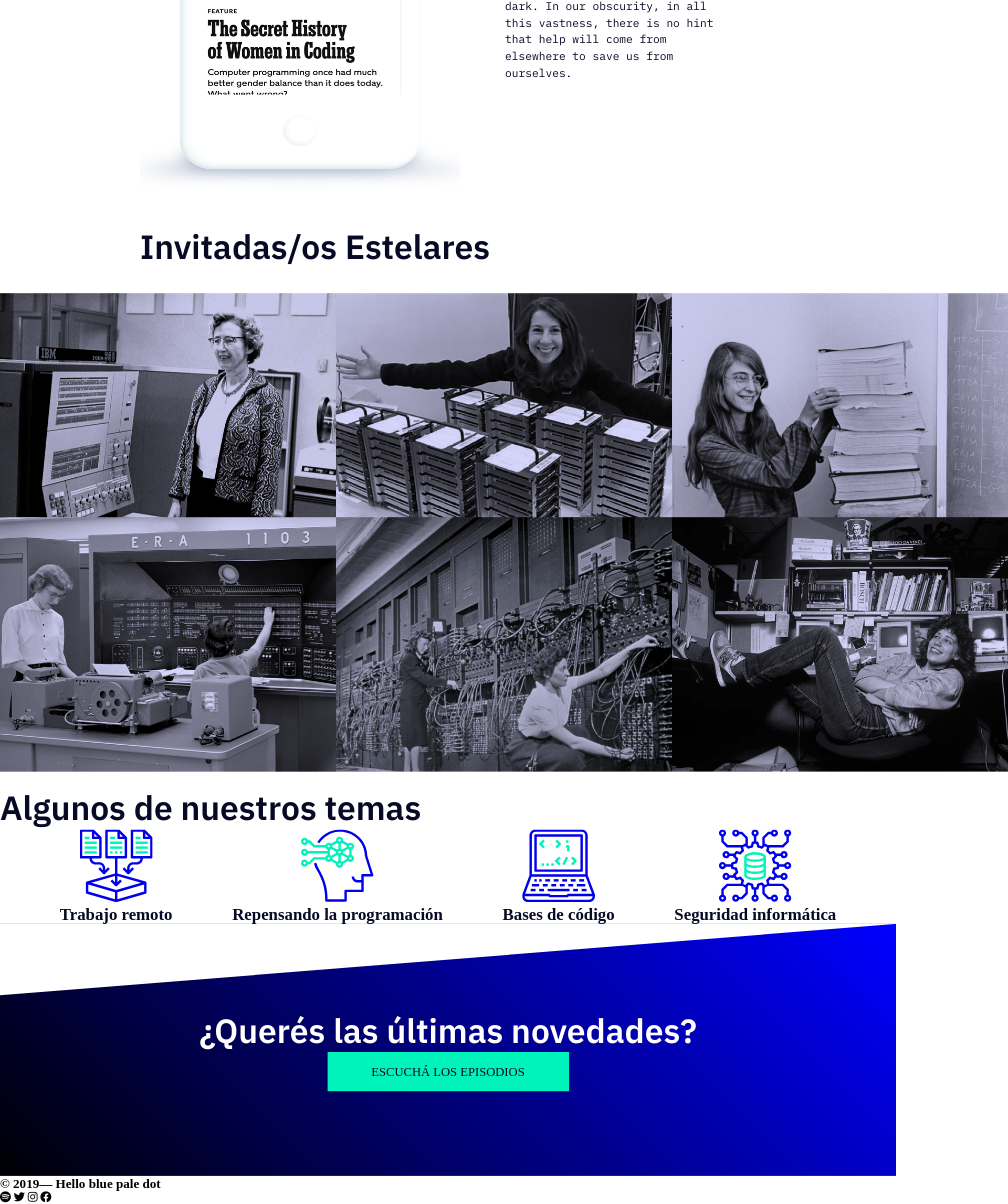
Repository: FedeGA93/podcast
Page: index.html
These files come from the project's save history. The page is drawn as it stood at one moment and after the next save; the edit follows.
The browser window is 1280 px wide. The page is 1440 px wide, so the pictures cover 1440 px, including what lies to the right of the window. The pictures show the part of the page from y = 1527 to 3247 px (the page is 3247 px tall before and 3229 px after), at 70% of full size.
Pictures or frames that could not be fetched are drawn as grey boxes. Some web libraries are served in a nearby version.

Above is the page before, as saved 2019-11-25 21:49:31.

### index.html
<!DOCTYPE html>
<html lang="es">

<head>
    <meta charset="UTF-8">
    <meta name="viewport" content="width=device-width, initial-scale=1.0">
    <meta http-equiv="X-UA-Compatible" content="ie=edge">
    <title>BlueDot</title>
    <link rel="stylesheet" href="styles/styles.css">
    <link href="https://fonts.googleapis.com/css?family=IBM+Plex+Mono|IBM+Plex+Sans:400,400i,500,600&display=swap"
        rel="stylesheet">
    <link rel="stylesheet" href="https://cdnjs.cloudflare.com/ajax/libs/font-awesome/5.11.2/css/all.css">
    <link rel="shortcut icon" type="image/x-icon" href="images/favicon.ico" />
</head>

<body>
    <header>
        <div class="menu">
            <div>
                <img src="images/logo.svg" alt="Logo del podcast" class="responsive-logo">
            </div>
            <div>
                <nav>
                    <input type="checkbox" />
                    <span class="barras-negras-hamburger"></span>
                    <span class="barras-negras-hamburger"></span>
                    <span class="barras-negras-hamburger"></span>
                    <ul class="menu-child">
                        <li><a class="color-letras" href="#epi">EPISODIOS</a></li>
                        <li><a class="color-letras" href="#nos">NOSOTROS</a></li>
                        <li><a class="color-letras" href="#ent">ENTREVISTAS</a></li>
                        <li><a class="color-letras" href="#topi">TOPICOS</a></li>
                    </ul>
                </nav>
            </div>
        </div>
    </header>
    <main class="first-box">
        <div class="main-child">
            <h1>Hello <s>world</s> pale blue dot<strong class="strong-dot">.</strong></h1>
        </div>
        <div class="main-child">
            <p class="parrafos-general">El portal de podcasts que explora el mundo de la programación y <br> la
                tecnología.
                Nuevos episodios, todos los jueves cada 15 días.</p>
        </div>
        <div class="main-child">
            <article>
                <p><a class="btn cnmas" href="#nos">CONOCÉ MÁS</a></p>
            </article>
        </div>
    </main>
    <section>
        <article class="fondo-azul-gradiente sec">
            <div class="corteuno"></div>
            <div class="cortedos"></div>
            <div>
                <p class="color-blanco pad" id="epi">Episodios</p>
            </div>
            <div class="flex-spotify">
                <iframe src="https://open.spotify.com/embed-podcast/show/2ySVrxGkN6n6frMTo9Nsrt"
                    allowtransparency="true" frameborder="0" allow="encrypted-media"></iframe>
                <iframe src="https://open.spotify.com/embed-podcast/show/4kYCRYJ3yK5DQbP5tbfZby"
                    allowtransparency="true" frameborder="0" allow="encrypted-media"></iframe>
                <iframe src="https://open.spotify.com/embed-podcast/episode/2VHYWRX1mHcZQS89y3z2Xv" frameborder="0"
                    allowtransparency="true" allow="encrypted-media"></iframe>
                <iframe src="https://open.spotify.com/embed-podcast/show/2Iibd5A6R7mxkCm4NwNmUn"
                    allowtransparency="true" frameborder="0" allow="encrypted-media"></iframe>
            </div>
            </article>
    </section>
    <section>

        <div class="informacion">
            <article>
                <img src="images/phone.png" alt="El podcast en un telefono" class="phone">
            </article>
            <article>
                <h2 class="color-negro" id="nos">De dónde venimos</h2>

                <p class="parrafos-general limit-text">Our posturings, our imagined self-importance, the delusion that
                    we
                    have some
                    privileged position in the Universe, are challenged by this point of pale light. </p> <br>

                <p class="parrafos-general limit-text">
                    Our planet is a lonely speck in the great enveloping cosmic dark. In our obscurity, in all this
                    vastness, there is no hint that help will come from elsewhere to save us from ourselves.</p>

            </article>
        </div>

    </section>
    <section>
        <h2 class="color-negro paddie" id="ent">
            Invitadas/os Estelares
        </h2>

        <div class="photo-box">
            <img src="images/grace-hopper.png" alt="Foto de Grace Hopper" class="photos">
            <img src="images/Katie-Bouman.png" alt="Foto de Katie Bouman" class="photos">
            <img src="images/Margaret_Hamilton.png" alt="Margaret Hamilton" class="photos">
            <img src="images/computadora1950.png" alt="Una computadora del año 1950" class="photos">
            <img src="images/computadoraprogramable.png" alt="La primera computadora programable del mundo"
                class="photos">
            <img src="images/susan-kare.png" alt="Foto de Susan Kare" class="photos">

        </div>
    </section>
    <section class="top">
        <h2 class="color-negro center-text" id="topi">Algunos de nuestros temas</h2>
        <div>
            <section class="alineado">
                <article>
                    <img src="images/icon1.svg" alt="Una computadora que demuestra el trabajo remoto"
                        class="theme-size">
                    <p class="temas">Trabajo remoto</p>
                </article>
                <article>
                    <img src="images/icon2.svg" alt="Una cabeza pensando" class="theme-size">
                    <p class="temas">Repensando la programación</p>
                </article>

                <article>
                    <img src="images/icon3.svg" alt=" Un libro de código" class="theme-size">
                    <p class="temas">Bases de código</p>
                </article>

                <article>
                    <img src="images/icon4.svg" alt="Logo de seguridad" class="theme-size">
                    <p class="temas">Seguridad informática</p>
                </article>
            </section>
        </div>
    </section>
    <section>
        <div class="fondo-azul-gradiente secfoot">
            <div class="corteuno"></div>
            <article>
                <h2 class="color-blanco center-text">
                    ¿Querés las últimas novedades?
                </h2>
            </article>

            <article>
                <p> <a class="btn ele" href="#epi">ESCUCHÁ LOS EPISODIOS</a> </p>
            </article>

        </div>
    </section>

    <footer>
        <div>
            <h3 class="informacion">© 2019— Hello blue pale dot </h3>

            <i class="fab fa-spotify"></i>
            <i class="fab fa-twitter"></i>
            <i class="fab fa-instagram"></i>
            <i class="fab fa-facebook"></i>

        </div>
    </footer>
</body>

</html>

### styles/styles.css
* {
  margin: 0;
  padding: 0;
  border: 0;
  box-sizing: content-box;
}

.menu {
  display: flex;
  flex-flow: row;
  justify-content: space-between;
  padding: 22px 244px 120px 100px;
  position: static;
  top: 0;
  overflow: hidden;
}
.menu-child {
  display: flex;
  flex-flow: row wrap;
  text-decoration: none;
  list-style-type: none;
  justify-content: flex-end;
  text-indent: 20px;
}

.first-box {
  display: flex;
  flex-flow: column;
  padding: 0 13%;
}
.main-child {
  justify-content: center;
}
.color-letras:active {
  color: RGBA(6, 10, 36, 0.53);
}
.color-letras:hover {
  color: #00f3bb;
  text-decoration: line-through;
}
.color-letras {
  font-family: "IBM Plex Mono", monospace;
  font-size: 16px;
  color: #060a24;
  letter-spacing: 0;
  line-height: 28px;
  text-decoration: none;
}

h1 {
  font-family: "IBM Plex Sans", sans-serif;
  font-size: 64px;
  color: #060a24;
  letter-spacing: 0;
}
.strong-dot {
  font-family: "IBM Plex Sans", sans-serif;
  font-size: 64px;
  color: #0000ec;
  letter-spacing: 0;
}
.parrafos-general {
  font-family: "IBM Plex Mono", monospace;
  font-size: 16px;
  color: #060a24;
  letter-spacing: 0;
  line-height: 24px;
}

input {
  display: none;
}

.sec {
  position: relative;
  width: 100%;
  height: 124vh;
  overflow: hidden;
}
.secfoot {
  display: flex;
  justify-content: center;
  align-items: center;
  flex-direction: column;
  position: relative;
  width: 100%;
  height: 50vh;
  overflow: hidden;
}
.fondo-azul-gradiente {
  background-image: linear-gradient(225deg, #0000ff 0%, #000003 100%);
}

/* Cortes del fondo */

.corteuno {
  position: absolute;
  top: 0;
  left: 0;
  border-width: 0 0 8vw 100vw;
  border-style: solid;
  border-color: transparent #fff transparent;
}
.cortedos {
  position: absolute;
  bottom: 0;
  left: 0;
  border-width: 0 0 10vw 100vw;
  border-style: solid;
  border-color: transparent transparent #fff;
}

.color-blanco {
  font-family: 'IBM Plex Sans', sans-serif;
  font-size: 48px;
  color: #ffffff;
  letter-spacing: 0;
}.color-negro {
  font-family: "IBM Plex Sans", sans-serif;
  font-size: 48px;
  color: #060a24;
  letter-spacing: 0;
}
.informacion {
  display: flex;
  justify-content: flex-start;
  flex-direction: row;


}

.btn {
  display: flex;
  align-items: center;
  justify-content: center;
  background-color: #00f3bb;
  font-family: "IBMPlexMono", Medium;
  font-size: 18px;
  color: #060a24;
  letter-spacing: 0;
  text-align: center;
  line-height: 24px;
  text-decoration: none;
}
.btn:hover,
.btn:focus {
  background-image: linear-gradient(225deg, #0000fe 0%, #00f0b8 100%);
  color: #ffffff;

}
.cnmas{
  height: 56px;
  width: 226px;
}
.ele{
  width: 345px;
  height: 56px;

}

.flex {
  display: flex;
  flex-direction: row;
  flex-wrap: nowrap;
  justify-content: space-between;
}
.pad {
  padding:7% 12.76% 0;
}
.flex-spotify {
  display: flex;
  flex-flow: row wrap;
  padding: 2% 8% ;
}
.temas {
  font-family: "IBMPlexSans";
  font-weight: 600;
  font-size: 24px;
  color: #060a24;
  letter-spacing: 0;
  text-align: center;
}

.alineado {
  display: flex;
  flex-flow: row;
  justify-content: space-evenly;
  text-align: center;
}
.phone {
  position: relative;
  top: -311px;
  height: 660px;
  width: 457.6px;
  padding: 200px 64px 0 200px;
}
iframe {
  padding: 0 72px 72px 0;
  position: relative;
  z-index: 1;
  width:44%;
  height: 232px ;

}

.paddie {
  margin: -267px 0 36px 200px;
  z-index: 1;
}
.photos {
  width: 480px;
  height: 364px;
}
.photo-box {
  width:fit-content;
  display: grid;
  grid-template-columns: repeat(3, 0fr);
  grid-template-rows: repeat(2, min(25vw));
}
.limit-text{
  width: 54%;
}
.theme-size{
  width: 104px;
  height: 104px;
}
.top{
  margin-top:5%;
}
.flex-end{
  display: flex;
  flex-direction: row;
  justify-content: space-between;
}
/*
  ***************************************************
    ***********************************************
      ********************************************
        ****************************************
        *****************MOBILE*****************
        ****************************************
      ********************************************
     **********************************************
   **************************************************
 */

@media screen and (max-width: 600px) {
  * {
    margin: 0px;
    padding: 0;
    border: 0;
  }
  .barra-navegadora {
    display: none;
  }
  .menu{
    padding: 0px;
  }
  .seccion {
    width: 100%;
  }

  .responsive-logo {
    margin: 2.2% 87.5% 1.2% 2%;
  }
  .menu-child {
    display: none;
  }
  .menu-child:hover {
    display: block;
  }
  #burger {
    display: flex;
    justify-content: flex-end;
  }
  h1 {
    font-family: "IBM Plex Sans", sans-serif;
    font-size: 36px;
    color: #060a24;
    letter-spacing: 0;
    line-height: 42px;
  }

  p.parrafos-general {
    font-family: "IBM Plex Mono", monospace;
    font-size: 14px;
    color: #060a24;
    letter-spacing: 0;
    line-height: 22px;
  }
    h2.color-blanco {
    font-family: "IBM Plex Sans", sans-serif;
    font-size: 36px;
    color: #ffffff;
    letter-spacing: 0;
    line-height: 42px;
  }
  h2.color-negro {
    font-family: "IBM Plex Sans", sans-serif;
    font-size: 36px;
    color: #060a24;
    letter-spacing: 0;
    line-height: 42px;
  }
  .cnmas {
    height: 48px;
    width: 100%;
  }
  .barras-negras-hamburger {
    display: block;
    width: 33px;
    height: 4px;
    margin-bottom: 5px;
    position: relative;
    background: black;
    border-radius: 3px;
  }
  .sec{
    height: 160vh;
  }
  .secfoot{
    height: 40vh;
  }
  .center-text{
    text-align: center;
  }
  .phone{
    top:-60px;
    padding: 0;
    width: 360px;
    height: 519px;

  }
  .photo-box{
    grid-template-columns: repeat(1, 0);
    grid-template-rows: repeat(1, 16.5%);
  }
  .paddie{
    margin: 0;
  }
  .photos{
    height: auto;
    width: 100vw;
  }
  iframe{
    padding: 1%;
    width: auto;
  }
  .informacion{
    flex-direction: column;
  }
  .alineado{
    flex-direction: column;
  }
}
/*
  ***************************************************
    ***********************************************
      ********************************************
        ****************************************
         ***************TABLET*****************
        ****************************************
      ********************************************
     **********************************************
   **************************************************
 */

After the next save:
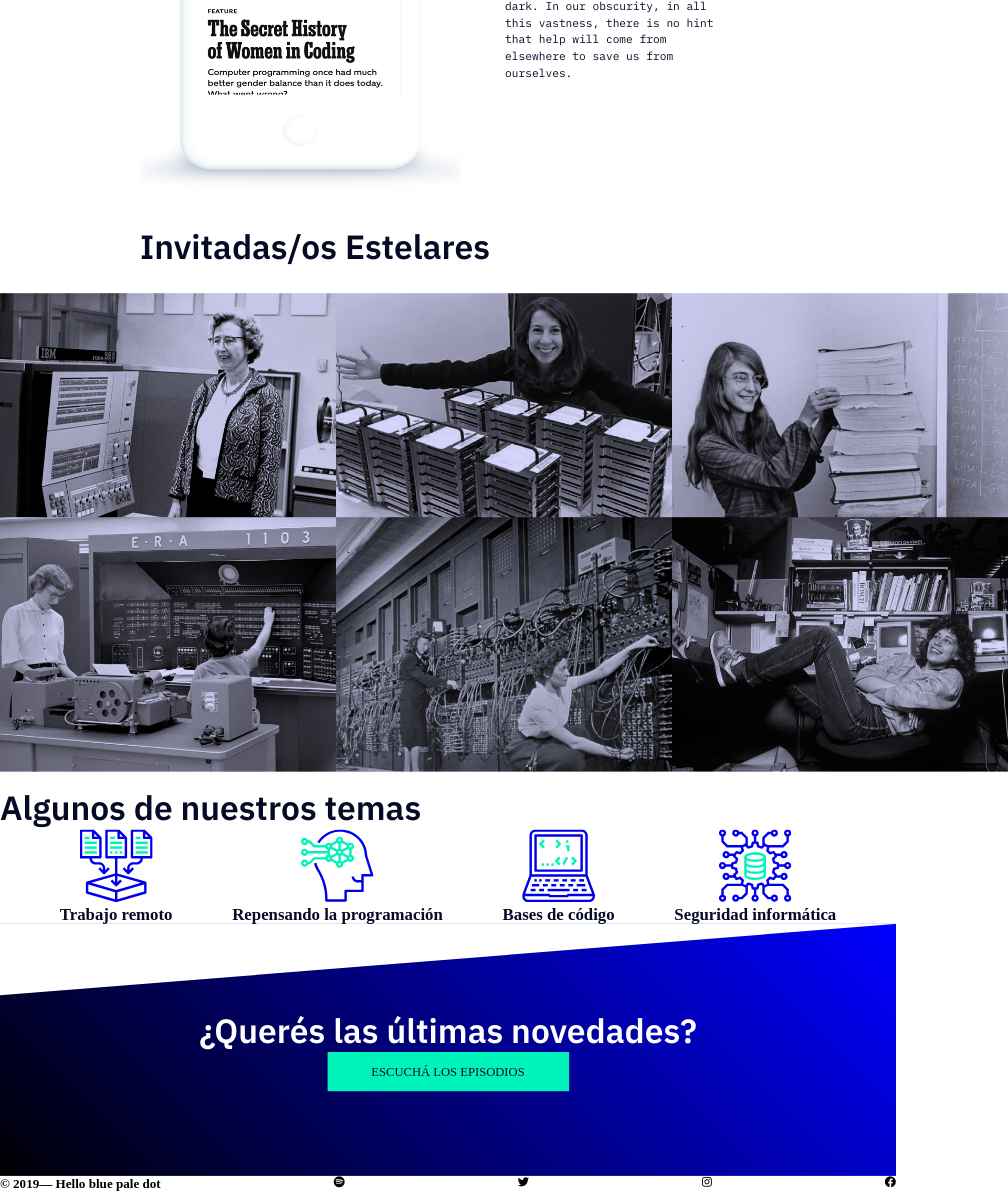
Saved 24 s later.
--- a/index.html
+++ b/index.html
@@ -150,7 +150,7 @@
     </section>
 
     <footer>
-        <div>
+        <div class="flex-end">
             <h3 class="informacion">© 2019— Hello blue pale dot </h3>
 
             <i class="fab fa-spotify"></i>
